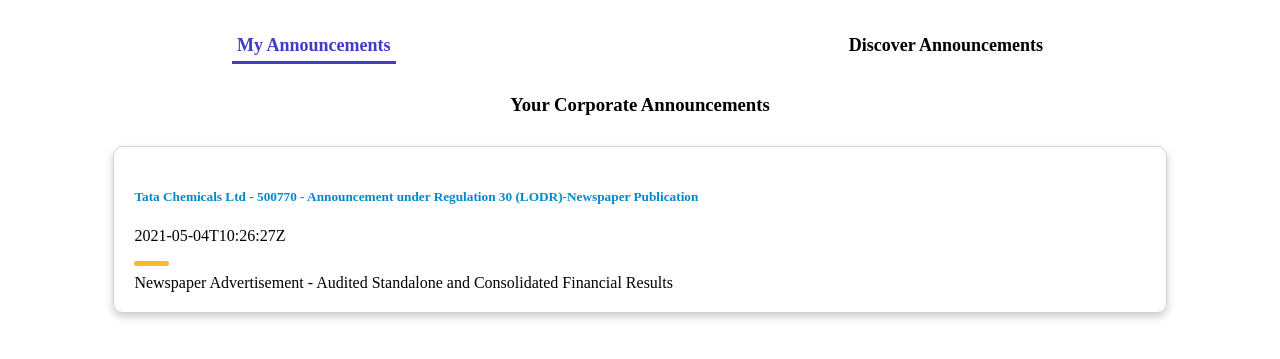
Repository: bhumikagohil/announcements
Page: announcements_tabs/index.html
These files come from the project's save history. The page is drawn as it stood at one moment and after the next save; the edit follows.
The browser window is 1280 px wide. The pictures show the whole page.
The page's requests for data from a server got no answer.

Above is the page before, as saved 2021-05-13 13:59:33.

After the next save:
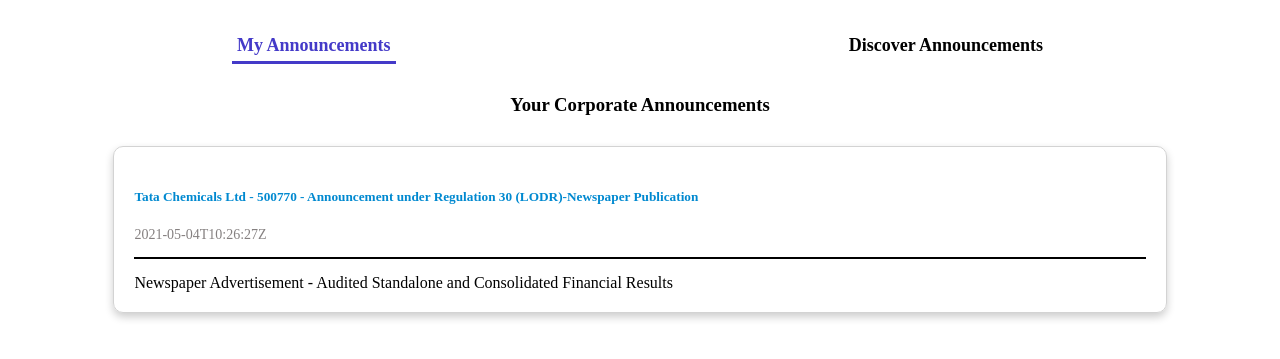
Saved 19 s later.
--- a/announcements_tabs/style.css
+++ b/announcements_tabs/style.css
@@ -72,13 +72,21 @@
 }
 
 hr {
-  content: "";
-  height: 5px;
-  background: #ffb535;
-  width: 35px;
-  border-radius: 3px;
-  margin-left: 0;
+  display: block;
   border: none;
+  height: 2px;
+  background-color: #000;
+}
+
+.time {
+  font-size: 14px;
+  color: #858080;
+}
+
+.summary {
+  overflow-x: auto;
+  margin-top: 15px;
+  font-size: 16px;
 }
 
 /* DISCOVER ANNOUNCEMENTS */
